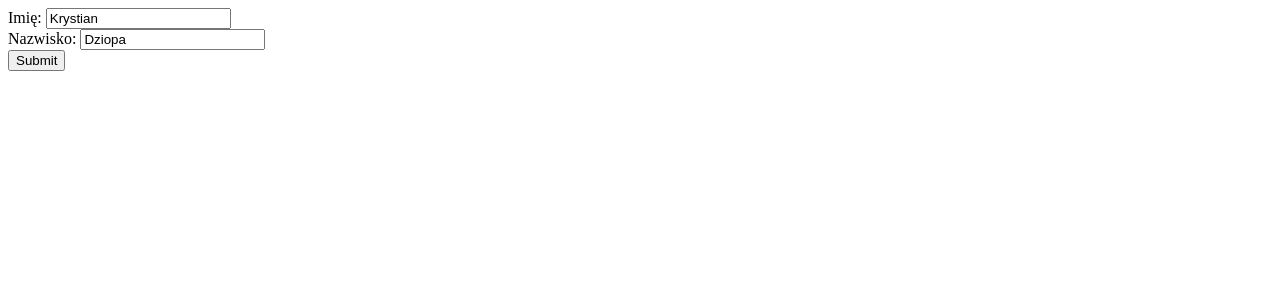
Repository: magdaf41/JavaScript
Page: JS DOM zadanie_5/index.html
An editor plug-in stored every save of this project. The page is shown before and after the next save, followed by the edit.
The browser window is 1280 px wide. The pictures show the whole page.

Above is the page before, as saved 2020-09-06 15:04:33.

After the next save:
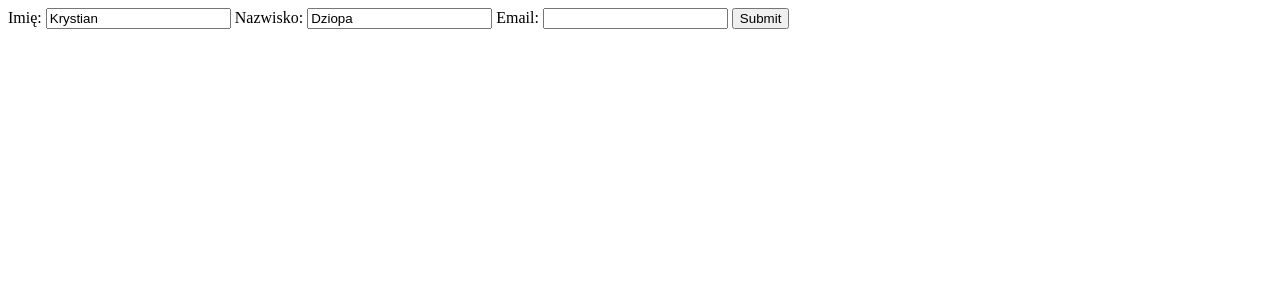
Saved 5 min 54 s later.
--- a/JS DOM zadanie_5/index.html
+++ b/JS DOM zadanie_5/index.html
@@ -11,9 +11,8 @@
 <body>
     <form id="form" action="">
         <label>Imię: <input type="text" name="fname" value="Krystian"></label>
-        <br />
         <label>Nazwisko: <input type="text" name="lname" value="Dziopa"></label>
-        <br />
+        <label>Email: <input type="text" name="email" id="email"> </label>
         <input id="submit" type="submit" value="Submit">
     </form>
 
